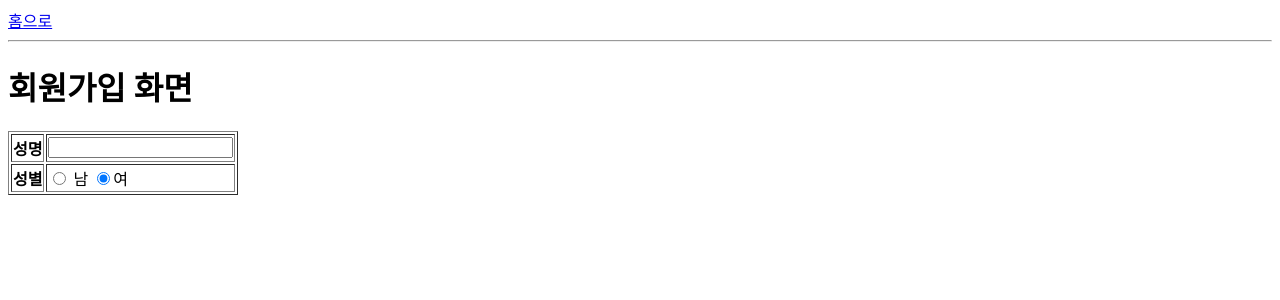
Repository: honsb91/Study_Spring
Page: http://localhost/01.Web/member
An editor plug-in stored every save of this project. The page is shown before and after the next save, followed by the edit.
The browser window is 1280 px wide. The pictures show the whole page.
The page is served by Tomcat 9. Other server files are loaded and not shown.

Above is the page before, as saved 2023-12-20 06:49:09.

### WorkSpace/01.Web/src/main/webapp/WEB-INF/views/member/join.jsp
<%@ page language="java" contentType="text/html; charset=UTF-8"
    pageEncoding="UTF-8"%>
<%@ taglib uri="http://java.sun.com/jsp/jstl/core" prefix="c"%>
<!DOCTYPE html>
<html>
<head>
<meta charset="UTF-8">
<title>Insert title here</title>
</head>
<body>
<a href="<c:url value='/'/>">홈으로</a>
<hr>
	<h1>회원가입 화면</h1>
	<form>
		<table border="1">
		<tr><th>성명</th>
			<td><input type="text" name="name"></td>
		</tr>
		<tr><th>성별</th>
			<td>
				<input type="radio" name="gender" id="male" value="남">
				<label for="male">남</label>
				<label><input type="radio" name="gender" value="여" checked>여</label>
			</td>
		</tr>
		</table>
	</form>
</body>
</html>

After the next save:
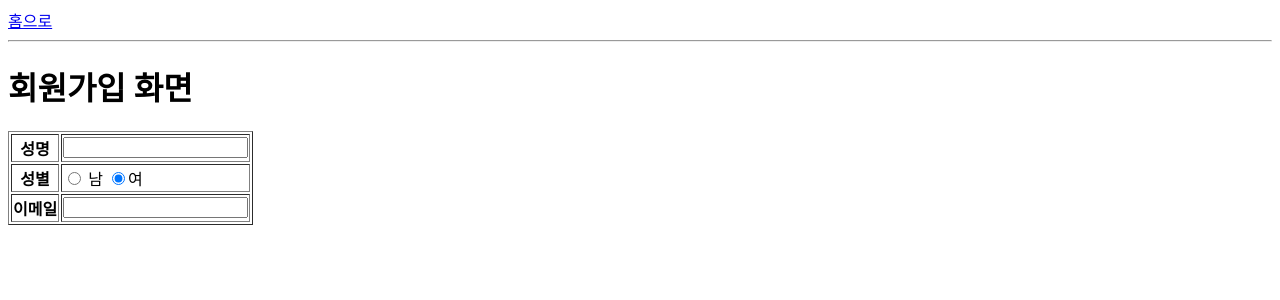
Saved 63 s later.
--- a/WorkSpace/01.Web/src/main/webapp/WEB-INF/views/member/join.jsp
+++ b/WorkSpace/01.Web/src/main/webapp/WEB-INF/views/member/join.jsp
@@ -23,6 +23,11 @@
 				<label><input type="radio" name="gender" value="여" checked>여</label>
 			</td>
 		</tr>
+		<tr><th>이메일</th>
+			<td>
+				<input type="text" name="email">
+			</td>
+		</tr>
 		</table>
 	</form>
 </body>
